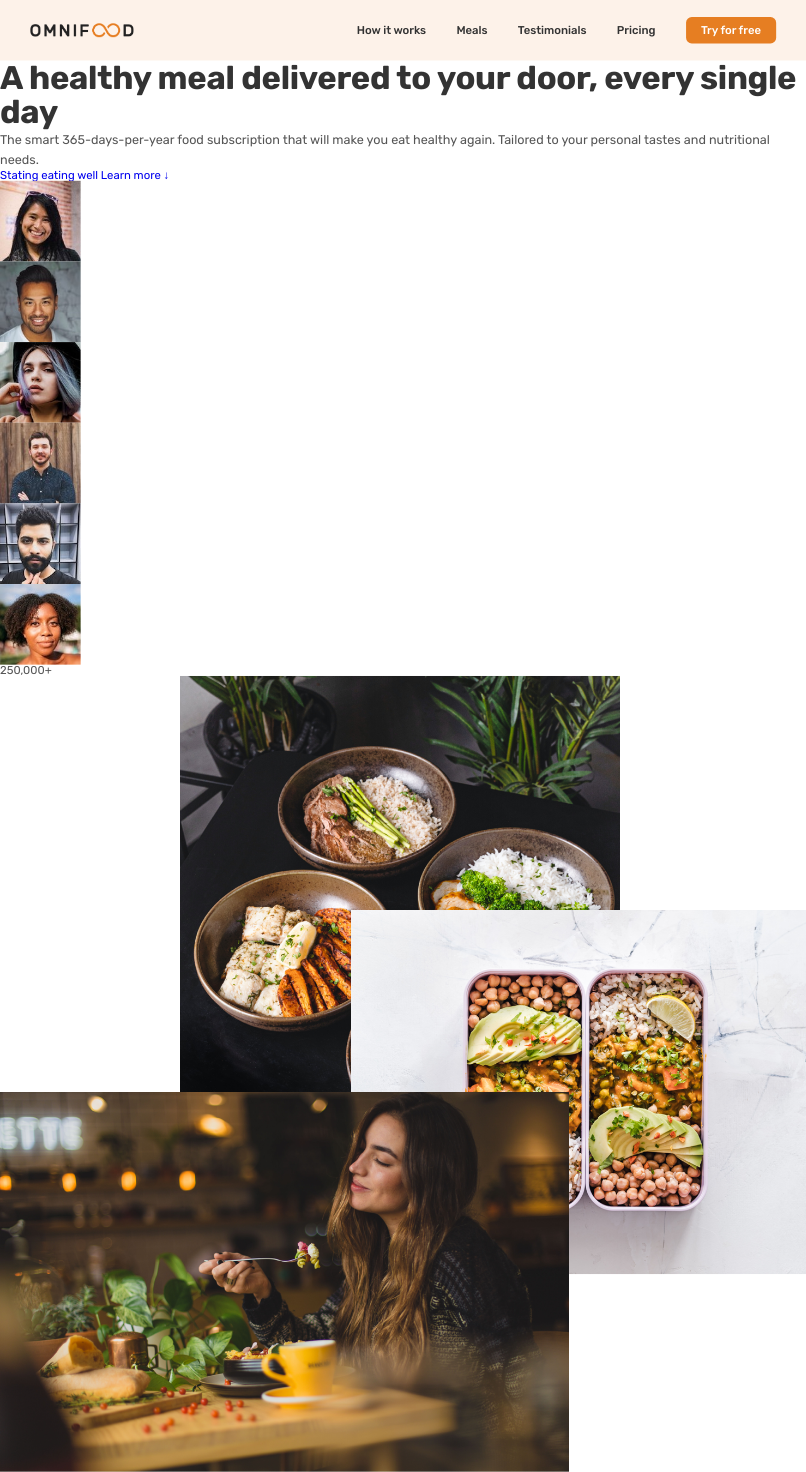
Repository: longvuht/omnifood-vu-nl
Page: index.html
These files come from the project's save history. The page is drawn as it stood at one moment and after the next save; the edit follows.
The browser window is 1280 px wide. The pictures show the whole page, at 63% of full size.
The style sheet was rebuilt from its Sass, Less or Tailwind sources for each picture, by a compiler version that may differ from the author's.

Above is the page before, as saved 2022-09-18 17:46:46.

### index.html
<!DOCTYPE html>
<html lang="en">
  <head>
    <meta charset="UTF-8" />
    <meta name="viewport" content="width=device-width, initial-scale=1.0" />
    <link rel="preconnect" href="https://fonts.googleapis.com" />
    <link rel="preconnect" href="https://fonts.gstatic.com" crossorigin />
    <link
      href="https://fonts.googleapis.com/css2?family=Rubik:wght@400;500;600;700&display=swap"
      rel="stylesheet"
    />
    <link rel="stylesheet" href="./css/style.css" />
    <title>Omnifood vu-nl</title>
  </head>
  <body>
    <div class="wrapper">
      <header class="header">
        <div class="header__container">
          <div class="header__logo">
            <a href="#none" class="header__link"
              ><img
                src="./image/omnifood-logo.png"
                alt="logo omnifood-logo"
                class="header__image"
            /></a>
          </div>
          <div class="header__menu">
            <ul class="header__list">
              <li class="header__item">
                <a href="#none" class="header__link">How it works</a>
              </li>
              <li class="header__item">
                <a href="#none" class="header__link">Meals</a>
              </li>
              <li class="header__item">
                <a href="#none" class="header__link">Testimonials</a>
              </li>
              <li class="header__item">
                <a href="#none" class="header__link">Pricing</a>
              </li>
              <li class="header__item">
                <a href="#none" class="header__link">Try for free</a>
              </li>
            </ul>
          </div>
        </div>
      </header>
      <section class="hero">
        <div class="hero__container">
          <div class="hero__info">
            <h1 class="hero__heading">
              A healthy meal delivered to your door, every single day
            </h1>
            <p class="text-lg hero__desc">
              The smart 365-days-per-year food subscription that will make you
              eat healthy again. Tailored to your personal tastes and
              nutritional needs.
            </p>
            <a href="#none" class="button button--primary"
              >Stating eating well</a
            >
            <a href="#none" class="button button--secondary"
              >Learn more &ShortDownArrow;</a
            >
            <div class="hero__meals">
              <div class="hero__meals-customer">
                <img src="./image/customers/customer-1.jpg" alt="customer image" class="hero__meals-image"></img>
                <img src="./image/customers/customer-2.jpg" alt="customer image" class="hero__meals-image"></img>
                <img src="./image/customers/customer-3.jpg" alt="customer image" class="hero__meals-image"></img>
                <img src="./image/customers/customer-4.jpg" alt="customer image" class="hero__meals-image"></img>
                <img src="./image/customers/customer-5.jpg" alt="customer image" class="hero__meals-image"></img>
                <img src="./image/customers/customer-6.jpg" alt="customer image" class="hero__meals-image"></img>
              </div>
              <span>250,000+</span>
            </div>
          </div>
          <div class="hero__image">
            <img
              src="./image/hero.png"
              alt="woman enjoying food, meals in strorage container, and food bowls on a table"
            />
          </div>
        </div>
      </section>
    </div>
  </body>
</html>

### sass/app.scss
@import "reset";
@import "variables";
@import "typography";
@import "global";
@import "header";
@import "hero";

### sass/_reset.scss
html {
  box-sizing: border-box;
}
* {
  margin: 0;
  padding: 0;
}
*,
*:before,
*:after {
  box-sizing: border-box;
}
input,
textarea,
select,
button {
  outline: none;
}
input {
  line-height: normal;
}
label,
button {
  cursor: pointer;
}
a {
  text-decoration: none;
}
img {
  display: block;
  max-width: 100%;
}
html {
  font-size: 62.5%;
}

### sass/_variables.scss
$primary-color: #fdf2e9;
$secondary-color: #e67e22;
$heading-color: #333;
$logo-color: #808080;
$text-color: #555;
$font: "Rubik", sans-serif;

### sass/_typography.scss
h1 {
  font-size: 5.2rem;
  font-weight: 700;
  letter-spacing: -0.5px;
  line-height: calc(54.6 / 52);
  color: $heading-color;
}
h2 {
  font-size: 4.4rem;
  font-weight: 700;
  letter-spacing: -0.5px;
  line-height: calc(52.8 / 44);
  color: $heading-color;
}
h3 {
  font-size: 3rem;
  font-weight: 700;
  letter-spacing: -0.5px;
  line-height: calc(36 / 30);
  counter-reset: $heading-color;
}
.text-lg {
  font-size: 2rem;
  line-height: calc(32 / 20);
}

### sass/_global.scss
body {
  font-family: $font;
  font-size: 1.8rem;
  line-height: 1;
  font-weight: 400;
  color: #555;
}
.container {
  max-width: 120rem;
  margin: 0 auto;
}

### sass/_header.scss
.header {
  &__container {
    padding: 2.7rem 4.8rem;
    background-color: $primary-color;
    display: flex;
    justify-content: space-between;
    align-items: center;
  }
  &__image {
    height: 2.2rem;
  }
  &__list {
    display: flex;
    justify-content: space-between;
    align-items: center;
    gap: 0 4.8rem;
    list-style-type: none;
  }
  &__item {
    &:last-child {
      padding: 1.2rem 2.4rem;
      color: #fff;
      background-color: $secondary-color;
      border-radius: 0.9rem;
      & .header__link {
        color: #fff;
      }
    }
  }
  &__link {
    color: $heading-color;
    font-weight: 500;
  }
}

Loaded but not shown: sass/_hero.scss (no stored copy; drawn as an empty file)

After the next save:
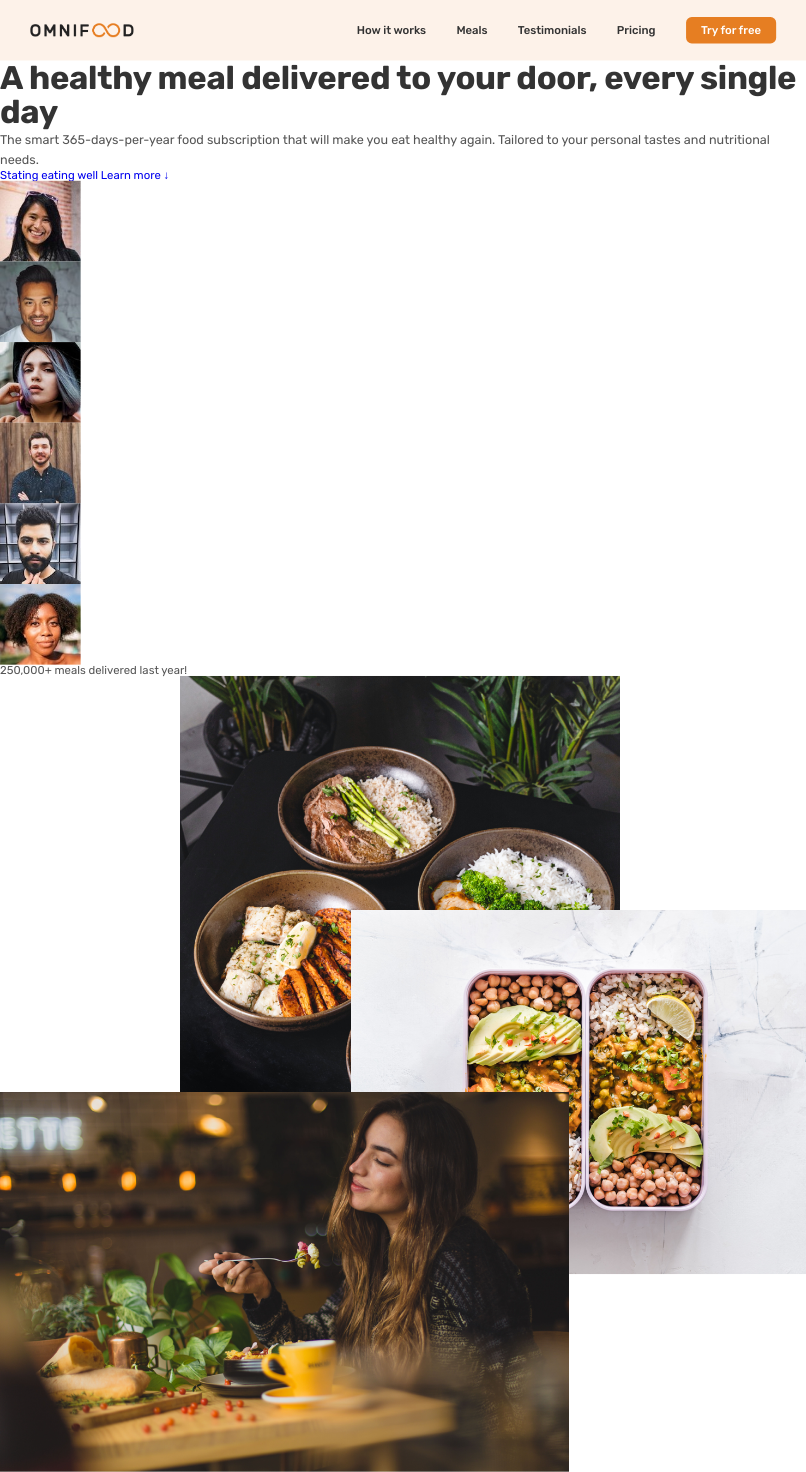
Saved 20 s later.
--- a/index.html
+++ b/index.html
@@ -71,7 +71,7 @@
                 <img src="./image/customers/customer-5.jpg" alt="customer image" class="hero__meals-image"></img>
                 <img src="./image/customers/customer-6.jpg" alt="customer image" class="hero__meals-image"></img>
               </div>
-              <span>250,000+</span>
+              <p><span>250,000+</span> meals delivered last year!</p>
             </div>
           </div>
           <div class="hero__image">
